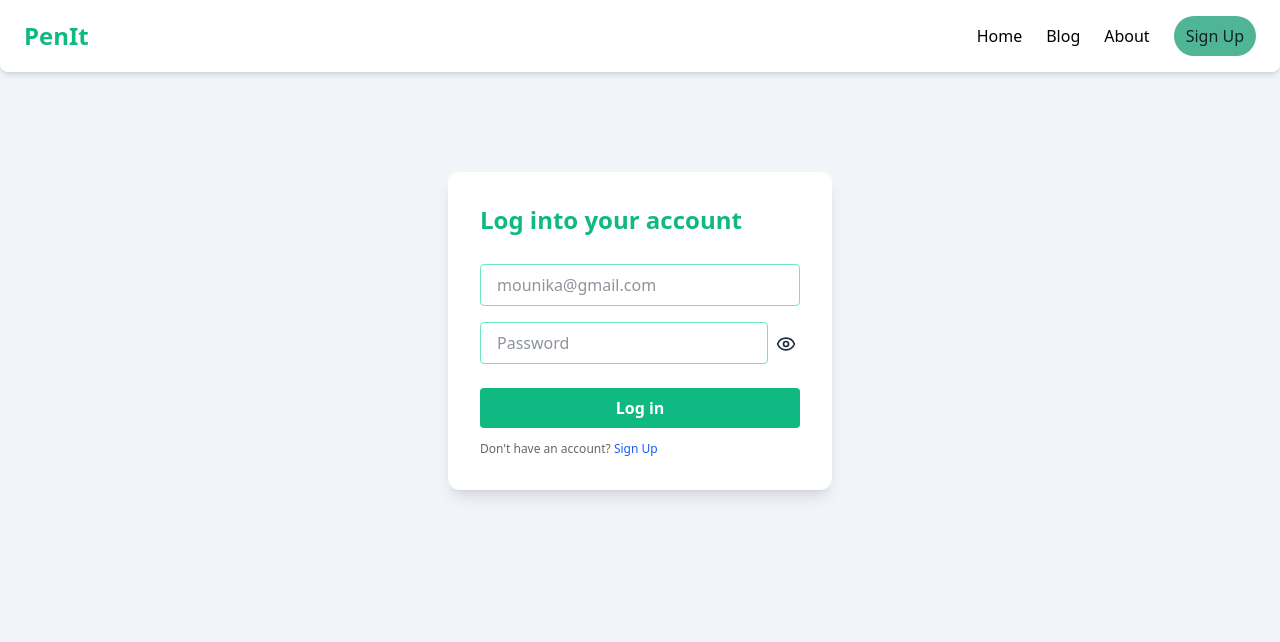
Repository: Mounika-chukkala/PenIt
Page: /signin (app in frontend/)
The author's editor kept a copy of each file at every save. The page is drawn from the files as they stood at one save, then again after the next save.
The browser window is 1280 px wide. The pictures show the whole page.
The project was rebuilt for these pictures with package versions that can differ from the ones it lists, and the page was loaded fresh each time. Also part of the build but not shown: frontend/vite.config.js, frontend/src/Pages/Signup.jsx, frontend/src/components/CreateBlog.jsx, frontend/src/Pages/AddBlog.jsx.

Above is the page before, as saved 2025-05-24 11:53:59.

After the next save:
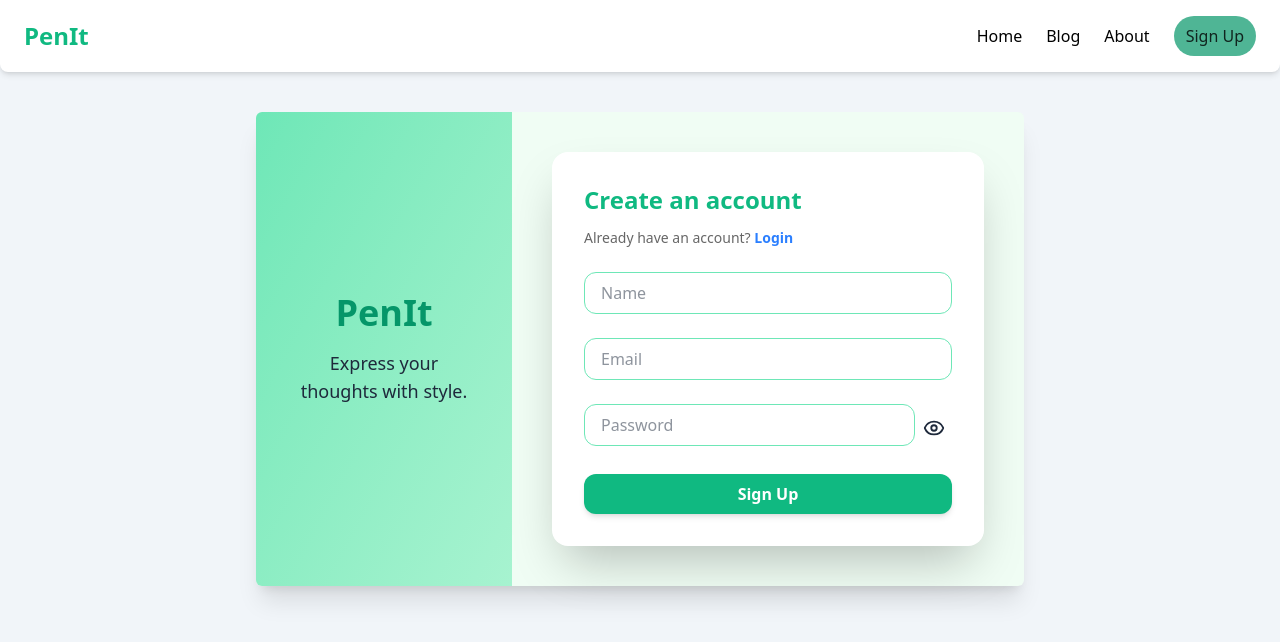
Saved 16 s later.
--- a/frontend/src/App.jsx
+++ b/frontend/src/App.jsx
@@ -15,11 +15,11 @@ function App() {
 
   <Routes>
     <Route path="/" element={<Navbar/>}>
-        {/* <Route path="/signin" element={<AuthForm type={"signin"}/>}></Route>
-    <Route path="/signup" element={<AuthForm type={"login"}/>}></Route> */}
+        <Route path="/signin" element={<AuthForm type={"signin"}/>}></Route>
+    <Route path="/signup" element={<AuthForm type={"signup"}/>}></Route>
 
-        <Route path="/signin" element={<Signin/>}></Route>
-    <Route path="/signup" element={<Signup/>}></Route>
+        {/* <Route path="/signin" element={<Signin/>}></Route>
+    <Route path="/signup" element={<Signup/>}></Route> */}
 
 
  {/* <Route path="/signin" element={<AuthForm/>}></Route> */}
